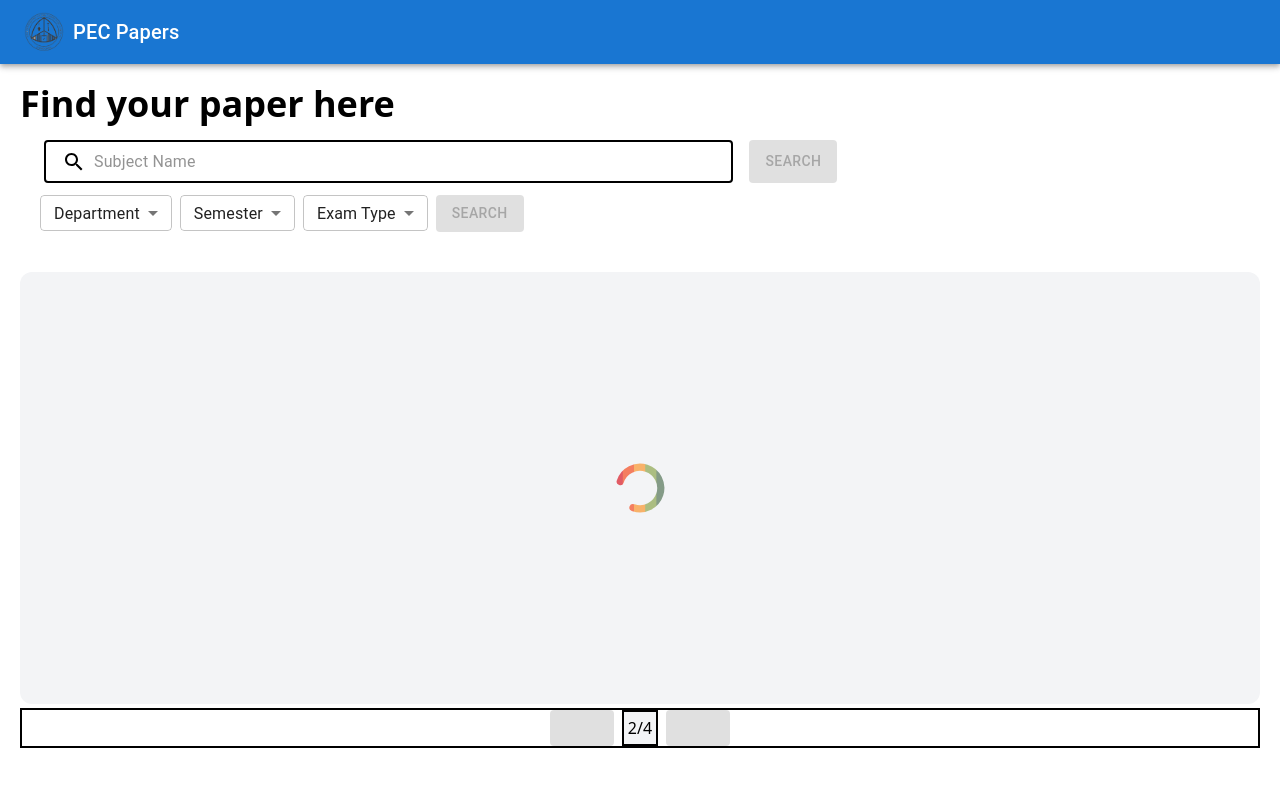
Repository: SUGAM-ARORA/pecpapers
Page: /browse (app in frontend/)
An editor plug-in stored every save of this project. The page is shown before and after the next save, followed by the edit.
The browser window is 1280 px wide. The pictures show the whole page.
The page's requests for data from a server got no answer. The project was rebuilt for these pictures with package versions that can differ from the ones it lists, and the page was loaded fresh each time. Some packages were replaced by stand-ins written for this rebuild. No one was signed in, and anything a server would have sent is missing. Also part of the build but not shown: frontend/vite.config.js, frontend/src/Components/AnimatedText.jsx, frontend/src/Components/Hero.jsx, frontend/src/Components/Footer.jsx, frontend/src/Components/Login.jsx, frontend/src/Components/PaperDisplay.jsx, frontend/src/Components/ProtectedRoute.jsx.

Above is the page before, as saved 2025-07-17 19:24:35.

### frontend/index.html
<!doctype html>
<html lang="en">
  <head>
    <meta charset="UTF-8" />
    <link rel="icon" type="image/svg+xml" href="/index.png" />
    <link rel="preconnect" href="https://fonts.googleapis.com" />
    <link rel="preconnect" href="https://fonts.gstatic.com" crossorigin />
    <link
      href="https://fonts.googleapis.com/css2?family=IBM+Plex+Serif:ital,wght@0,100;0,200;0,300;0,400;0,500;0,600;0,700;1,100;1,200;1,300;1,400;1,500;1,600;1,700&display=swap"
      rel="stylesheet"
    />
    <meta name="viewport" content="width=device-width, initial-scale=1.0" />
    <title>Pec Papers</title>

    <meta name="description" content="Download and Upload PEC previous year papers for all departments. Filter by subject, semester, and exam type. Get easy access to Punjab Engineering College exam archives.">
    <meta property="og:url" content="https://pecpapers-ufo6.vercel.app/">
    <meta property="og:title" content="Punjab Engineering College(PEC) Exam Papers Archive" />

    <meta name="google-adsense-account" content="ca-pub-1903859543209030">
  </head>
  <!-- Google tag (gtag.js) -->
  <script
    async
    src="https://www.googletagmanager.com/gtag/js?id=G-3FZX3TV10G"
  ></script>
  <script>
    window.dataLayer = window.dataLayer || [];
    function gtag() {
      dataLayer.push(arguments);
    }
    gtag("js", new Date());

    gtag("config", "G-3FZX3TV10G");
  </script>
  <body>
    <div id="root"></div>
    <script type="module" src="/src/main.jsx"></script>
  </body>
</html>

### frontend/src/main.jsx
import { StrictMode } from 'react'
import { createRoot } from 'react-dom/client'
import './index.css'
import App from './App.jsx'
import {createBrowserRouter, Navigate, RouterProvider, useNavigate} from 'react-router-dom'
import Login from './Components/Login.jsx'
import { ClerkProvider } from '@clerk/clerk-react'
import Browse from './Pages/Browse.jsx'
import Hero from './Components/Hero.jsx'
import { AppProvider } from './context/AppContext.jsx'
import ProtectedRoute from './Components/ProtectedRoute.jsx'

const router = createBrowserRouter([
  {
    path : '/',
    element : <App/>,
    children: [{
      path : '/browse',
      element: <Browse/>
    },
    {
      // path : '/',
      index:true,
      element : <Hero/>
    }
  ]
  },
  {
    path: '/login',
    element : <Login/>
  },
  {
    path: '/sso-callback',
    element: <Navigate to="/" replace />
  }
])

const PUBLISHABLE_KEY = import.meta.env.VITE_CLERK_PUBLISHABLE_KEY

if (!PUBLISHABLE_KEY) {
  throw new Error('Missing Publishable Key')
}

createRoot(document.getElementById('root')).render(
  <StrictMode>
    <AppProvider>
    <ClerkProvider publishableKey={PUBLISHABLE_KEY} frontendApt="https://sweeping-bobcat-34.clerk.accounts.dev" >
    <RouterProvider router={router}/>
    </ClerkProvider>
    </AppProvider>
  </StrictMode>,
)

### frontend/src/App.jsx
import React, { useEffect } from 'react'
import Navbar from './Components/Navbar'
import Hero from './Components/Hero'
import FormDialog from './Components/FormDialog';
import { Outlet, useNavigate } from 'react-router-dom';
import { useUser } from '@clerk/clerk-react';
import Footer from './Components/Footer';

const App = () => {

  // const {user,isLoaded,isSignedIn} = useUser()
  // const navigate = useNavigate();
  // console.log(user)

  // useEffect(()=>{
  //   if(isLoaded && !isSignedIn){
  //     navigate('/login')
  //   }
  // },[isLoaded,isSignedIn])

  return (

    <div className='flex flex-col'>
      <div>
        <Navbar />
      </div>
      <Outlet />
      <div className='flex flex-col items-center mt-5'>
        <FormDialog />
      </div>
      <div>
        {/* <Footer/> */}
      </div>
    </div>
  )
}

export default App

### frontend/src/Pages/Browse.jsx
import React, { useEffect, useState } from 'react'
import SearchIcon from '@mui/icons-material/Search';
import { styled, alpha } from '@mui/material/styles';
import InputBase from '@mui/material/InputBase';
import { Button, FormControl, Select, MenuItem } from '@mui/material';
import { departments, examType } from '../utils/constants';
import axios from 'axios';
import PaperDisplay from '../Components/PaperDisplay';
import { useUser } from '@clerk/clerk-react';
import {ColorRing} from 'react-loader-spinner'

const Search = styled('div')(({ theme }) => ({
  position: 'relative',
  borderRadius: theme.shape.borderRadius,
  backgroundColor: alpha(theme.palette.common.white, 0.15),
  '&:hover': {
    backgroundColor: alpha(theme.palette.common.white, 0.25),
  },
  marginRight: theme.spacing(2),
  marginLeft: 0,
  width: '100%',
  [theme.breakpoints.up('sm')]: {
    marginLeft: theme.spacing(3),
    width: 'auto',
  },
  border: 5,
  borderColor: 'black'
}));

const SearchIconWrapper = styled('div')(({ theme }) => ({
  padding: theme.spacing(0, 2),
  height: '100%',
  position: 'absolute',
  pointerEvents: 'none',
  display: 'flex',
  alignItems: 'center',
  justifyContent: 'center',
  border: 5,
  borderColor: 'black'
}));

const StyledInputBase = styled(InputBase)(({ theme }) => ({
  color: 'inherit',
  '& .MuiInputBase-input': {
    padding: theme.spacing(1, 1, 1, 0),
    // vertical padding + font size from searchIcon
    paddingLeft: `calc(1em + ${theme.spacing(4)})`,
    transition: theme.transitions.create('width'),
    width: '100%',
    [theme.breakpoints.up('md')]: {
      width: '70ch',
    },
    border: 5,
    borderColor: 'black'
  },
}));

const Browse = () => {

  const { isSignedIn } = useUser()
  const [loading, setLoading] = useState(false)

  const [searchValue, setSearchValue] = useState('');
  const semesters = [1, 2, 3, 4, 5, 6, 7, 8]
  const [department, setDepartment] = React.useState('')
  const [exam, setExam] = React.useState('')
  const [sem, setSem] = React.useState('')

  const [papersToDisplay, setPapersToDisplay] = useState(null);
  const [papersFetched, setPapersFetched] = useState(null);

  const BACKEND_URL = import.meta.env.VITE_BACKEND_URL

  const getAllPapers = async () => {
    setLoading(true)
    const response = await axios.get(`${BACKEND_URL}/getallpapers/`)
    setPapersFetched(response.data);
    // console.log(response.data)
    setLoading(false)
    return { data: response.data }
  }

  const getConnectionStatus = async ()=>{
    setLoading(true)
    const response = await axios.get(`${BACKEND_URL}/healthz/`)
    setLoading(false)
    console.log(response.data)
    return response.data;
  }

  const getFilteredPapers = async ()=>{
    try {
      setLoading(true)
      const response = await axios.get(`${BACKEND_URL}/papersOnFilterOrSearch?subjectName=${searchValue}&semester=${sem}&department=${department}&examType=${exam}`)
      console.log(response.data)
      setPapersFetched(response.data.data)
      setPapersToDisplay(response.data.data)
      setLoading(false)
    } catch (error) {
      setLoading(false)
      console.log(error)
    }
  }

  useEffect(() => {

    try {
      // if(isSignedIn){
      //   getAllPapers()
      // }
      // getAllPapers()
      getConnectionStatus()
    } catch (error) {
      console.log(error)
    }
  }, [BACKEND_URL, isSignedIn])

  const handleSearch = async () => {
    if (!papersFetched) {
      //api calling


    } else {
      // actions on papersfetched
      setLoading(true)
      const filter = papersFetched.filter(paper =>
        paper.subjectName.toLowerCase().includes(searchValue.toLowerCase()) ||
        paper.department.toLowerCase().includes(searchValue.toLowerCase()) ||
        paper.examType.toLowerCase().includes(searchValue.toLowerCase()) ||
        paper.semester.toLowerCase().includes(searchValue.toLowerCase())
      )
      setPapersToDisplay(filter)
      setLoading(false)
      // console.log(filter)
      return;
    }

  }

  const handleFilter = async () => {
    if (!papersFetched) {
      //api calling
    } else {
      // actions on papers fetched

      setLoading(true)
      const filter = papersFetched.filter(paper =>
        paper.department.toLowerCase().includes(department.toLowerCase()) &&
        paper.examType.toLowerCase().includes(exam.toLowerCase()) &&
        paper.semester.includes(sem)
      )
      setPapersToDisplay(filter)
      setLoading(false)
      // console.log(filter)
      return
    }
  }

  return (
    <div className='flex flex-col m-5'>
      <span className='text-4xl font-semibold'>Find your paper here</span>

      <div id='search' className='flex flex-row mt-4 '>
        <Search sx={{
          border: 2,
          borderColor: 'black',
        }}
        >
          <SearchIconWrapper>
            <SearchIcon />
          </SearchIconWrapper>
          <StyledInputBase
            placeholder="Subject Name"
            inputProps={{ 'aria-label': 'search' }}
            value={searchValue}
            onChange={(e) => setSearchValue(e.target.value)}
          />
        </Search>
        <Button variant='contained' onClick={getFilteredPapers} disabled={loading}>Search</Button>
      </div>

      <form id='filters' className=' mt-3 flex flex-row gap-2 ml-5' onSubmit={handleFilter}>
        <FormControl>
          <Select
            labelId="department"
            aria-placeholder='Department'
            id="department"
            value={department}
            onChange={(e) => setDepartment(e.target.value)}
            sx={{
              width: 'vh',
              height: '5vh',
              overflow: 'scroll'
            }}
            placeholder='Department'
            displayEmpty
          >
            <MenuItem value="" disabled>
              Department
            </MenuItem>
            {departments.map((department) => <MenuItem value={department.dept}>{department.dept}</MenuItem>)}
          </Select>
        </FormControl>

        <FormControl>
          <Select
            labelId="semester"
            aria-placeholder='Semester'
            id="semester"
            value={sem}
            onChange={(e) => setSem(e.target.value)}
            sx={{
              width: 'vh',
              height: '5vh',
              overflow: 'scroll'
            }}
            placeholder='Semester'
            displayEmpty
          >
            <MenuItem value="" disabled>
              Semester
            </MenuItem>
            {semesters.map((semester) => <MenuItem value={semester}>{semester}</MenuItem>)}
          </Select>

        </FormControl>

        <FormControl>
          <Select
            labelId="examType"
            aria-placeholder='Exam-Type'
            id="examType"
            value={exam}
            onChange={(e) => setExam(e.target.value)}
            sx={{
              width: 'vh',
              height: '5vh',
              overflow: 'scroll'
            }}
            placeholder='Exam Type'
            displayEmpty
          >
            <MenuItem value="" disabled>
              Exam Type
            </MenuItem>
            {examType.map((exam,index) => <MenuItem value={exam.type} key={index}>{exam.type}</MenuItem>)}
          </Select>
        </FormControl>

        <Button variant='contained' onClick={getFilteredPapers} disabled={loading}>Search</Button>
      </form>


      <div className='mt-10 rounded-xl p-2 bg-gray-100 h-[60vh] overflow-scroll'>
        {loading ?  <div className='h-full flex flex-col justify-center items-center'>
          <ColorRing
          visible={true}
          width="100"
          colors={['#e15b64', '#f47e60', '#f8b26a', '#abbd81', '#849b87']}
          ariaLabel="infinity-spin-loading"/>
        </div> : <></>}
        <div className={`${loading ? 'hidden' : ''}`}>
          {papersToDisplay ? <div className='flex flex-col gap-2'>
            {papersToDisplay.map((paper) => <PaperDisplay paper={paper} key={paper.id} />)}
          </div> : <span className='text-gray-400 text-5xl'>Papers displayed here</span>}
        </div>

      </div>
      <div className='border-2 border-black w-full mt-1 flex items-center justify-center'>
        <div className='flex flex-row gap-2'>
          <Button variant='contained' onClick={getFilteredPapers} disabled={loading}></Button>
          <span className='border-2 border-black bg-gray-100 p-1'>2/4</span>
           <Button variant='contained' onClick={getFilteredPapers} disabled={loading}></Button>
        </div>
      </div>
    </div>
  )
}

export default Browse

### frontend/src/context/AppContext.jsx
import { createContext, useState } from "react";

export const AppContext = createContext();

export const AppProvider = ({ children }) => {
  const [open, setOpen] = useState(false); // Example: global user state

  return (
    <AppContext.Provider value={{ open, setOpen }}>
      {children}
    </AppContext.Provider>
  );
};

### frontend/src/Components/Navbar.jsx
import * as React from 'react';
import AppBar from '@mui/material/AppBar';
import Box from '@mui/material/Box';
import Toolbar from '@mui/material/Toolbar';
import IconButton from '@mui/material/IconButton';
import Typography from '@mui/material/Typography';
import InputBase from '@mui/material/InputBase';
import Badge from '@mui/material/Badge';
import MenuItem from '@mui/material/MenuItem';
import Menu from '@mui/material/Menu';
import AccountCircle from '@mui/icons-material/AccountCircle';
import MailIcon from '@mui/icons-material/Mail';
import NotificationsIcon from '@mui/icons-material/Notifications';
import MoreIcon from '@mui/icons-material/MoreVert';
import logo from '../assets/image.png'
import { UserButton } from '@clerk/clerk-react';
import { useNavigate } from 'react-router-dom';


export default function Navbar() {
  // const [anchorEl, setAnchorEl] = React.useState(null)
  // const [mobileMoreAnchorEl, setMobileMoreAnchorEl] = React.useState(null)
  const navigate = useNavigate();


  const handleHomepageNavigation = async ()=>{
    navigate('/')
  }


  return (
    <Box sx={{ flexGrow: 1 }}>
      <AppBar position="static">
        <Toolbar>
          <img src={logo} alt='pec logo' className='h-10 w-10' onClick={handleHomepageNavigation}/>
          <Typography
            variant="h6"
            noWrap
            component="div"
            sx={{ display: { xs: 'none', sm: 'block',marginLeft:'9px' } }}
            onClick={handleHomepageNavigation}
          >
            PEC Papers
          </Typography>

          <Box sx={{ flexGrow: 1 }} />
          <Box sx={{ display: { xs: 'none', md: 'flex' } }}>

            <UserButton/>
          </Box>
          <Box sx={{ display: { xs: 'flex', md: 'none' } }}>

             <UserButton/>

          </Box>
        </Toolbar>
      </AppBar>

    </Box>
  );
}

### frontend/src/Components/FormDialog.jsx
import * as React from 'react';
import Button from '@mui/material/Button';
import TextField from '@mui/material/TextField';
import Dialog from '@mui/material/Dialog';
import DialogActions from '@mui/material/DialogActions';
import { FormControl, Typography, InputLabel, Select, MenuItem } from '@mui/material';
import { departments, examType } from '../utils/constants';
import axios from 'axios'
import { InfinitySpin } from 'react-loader-spinner'
import { AppContext } from '../context/AppContext';
import Toast from './Toast';

export default function FormDialog() {
  const { open, setOpen } = React.useContext(AppContext)
  const [loading, setLoading] = React.useState(false)
  const [files, setFiles] = React.useState('')

  const semesters = [1, 2, 3, 4, 5, 6, 7, 8]

  const [department, setDepartment] = React.useState('')
  const [exam, setExam] = React.useState('')
  const [sem, setSem] = React.useState('')

  const CLOUDINARY_URL = import.meta.env.VITE_APP_CLOUDINARY_URL
  const UPLOAD_PRESET = import.meta.env.VITE_APP_UPLOAD_PRESET
  const CLOUD_NAME = import.meta.env.VITE_APP_CLOUD_NAME
  const BACKEND_URL = import.meta.env.VITE_BACKEND_URL

  const [opentoast, setOpenToast] = React.useState(false)

  const handleFileChange = (e) => {
    const filename = e.target.files;
    if (filename) {
      setFiles(filename)
    }
  }

  const uploadImages = async (files) => {
    const uploadPromises = Array.from(files).map(file => {
      const formData = new FormData();
      formData.append("file", file);
      formData.append("upload_preset", UPLOAD_PRESET);
      formData.append("cloud_name", CLOUD_NAME);
      return axios.post(CLOUDINARY_URL, formData);
    });

    try {
      const responses = await Promise.all(uploadPromises);
      const urlList = responses.map(res => res.data.secure_url);
      console.log(urlList.length + " images uploaded");
      return urlList;
    }
    catch (error) {
      console.error("Cloudinary image uploads failed:", error);
      throw error;
    }
  };

  const uploadPaperDetails = async(e, urlList) => {
    try {
      const paperDetails = {
        department: e.target[0].value,
        cloudUrl: urlList,
        examType: e.target[2].value,
        semester: e.target[4].value,
        subjectName: e.target[6].value,
        comments: e.target[9].value
      }

      const dataRes = await axios.post(`${BACKEND_URL}/upload-paper/`, { data: paperDetails })
      console.log("Paper details uploaded successfully");
    }
    catch (error) {
      console.error("Paper details upload failed", error);
    }
  }

  const handleSubmit = async (e) => {
    e.preventDefault();
    setLoading(true)

    const urlList = await uploadImages(files);
    await uploadPaperDetails(e, urlList);

    e.target.reset()
    setDepartment('')
    setExam('')
    setSem('')
    setLoading(false)
    setOpen(false)
    setOpenToast(true)
  }

  const handleClose = () => {
    setOpen(false);
  };

  const handleUpload = async () => {

  }

  return (
    <>
      <Dialog
        open={open}
        onClose={handleClose}
      >
        <form className='flex flex-col gap-5 m-5 ' onSubmit={handleSubmit}>
          <FormControl>
            <Typography fontSize={25} >Upload a Paper</Typography>
            <div >
              <Typography>Department</Typography>
              <Select
                required="true"
                labelId="department"
                aria-placeholder='Department'
                id="department"
                value={department}
                onChange={(e) => setDepartment(e.target.value)}
                sx={{
                  width: '50vh',
                  height: '5vh',
                  overflow: 'scroll'
                }}
              >
                {departments.map((department) => <MenuItem value={department.dept}>{department.dept}</MenuItem>)}
              </Select>
            </div>
          </FormControl>

          <FormControl>
            <div>
              <Typography>Exam Type</Typography>
              <Select
                required="true"
                labelId="Exam-type"
                aria-placeholder='Exam Type'
                id="exam-type"
                sx={{
                  width: '50vh',
                  height: '5vh',
                  overflow: 'scroll'
                }}
                value={exam}
                onChange={(e) => setExam(e.target.value)}
              >
                {examType.map((type) => <MenuItem value={type.type}>{type.type}</MenuItem>)}
              </Select>
            </div>
          </FormControl>

          <FormControl>
            <div>
              <Typography>Semester</Typography>
              <Select
                required="true"
                labelId="Semester"
                aria-placeholder='Semester'
                id="exam-type"
                sx={{
                  width: '50vh',
                  height: '5vh',
                  overflow: 'scroll'
                }}
                value={sem}
                onChange={(e) => setSem(e.target.value)}
              >
                {semesters.map((sem) => <MenuItem value={sem}>{sem}</MenuItem>)}
              </Select>
            </div>
          </FormControl>

          <FormControl>
            <div>
              <Typography>Subject Name</Typography>
              <TextField
                sx={{ width: '50vh', height: '5vh' }}
                required="true"
              >
              </TextField>
            </div>
          </FormControl>

          <FormControl>
            <div>
              <Typography>Upload Paper <span className='text-xs'>(only img format e.g. jpg,png,jpeg etc.)</span></Typography>
              <input
                accept='image/*'
                id='upload-image'
                type='file'
                multiple='true'
                onChange={handleFileChange}
                required="true"
              />
            </div>
          </FormControl>
          <FormControl>
            <div>
              <Typography>Review or Comments</Typography>
              <TextField sx={{
                width: '50vh',
                height: '5vh'
              }}></TextField>
            </div>
          </FormControl>
          {loading && <InfinitySpin
            visible={true}
            width="100"
            color="#4fa94d"
            ariaLabel="infinity-spin-loading" />}

          <DialogActions>
            <Button onClick={handleClose}>Cancel</Button>
            <Button type="submit" variant='contained' onClick={handleUpload}>Upload</Button>
          </DialogActions>
        </form>
      </Dialog>
      <Toast opentoast={opentoast} setOpenToast={setOpenToast} message="Paper Upload" />
    </>
  );
}

### frontend/src/utils/constants.js
export const departments = [
    // ece:
    {
        'dept' : 'ECE'
    },
    // cse:
    {
        'dept' : 'CSE'
    },
    // ee:
    {
        'dept': 'EE'
    },
    // ds:
    {
        'dept' : 'CSE-DS'
    },
    // ai:
    {
        'dept' : 'CSE-AI'
    },
    // mech:
    {
        'dept' : 'MECH'
    },
    // civil:
    {
        'dept' : 'CIVIL'
    },
    // aero:
    {
        'dept': 'AERO'
    },
    // meta:
    {
        'dept' : 'META'
    },
    // prod:
    {
        'dept' : 'PROD'
    },
    // hsm:
    {
        'dept' : 'HSM'
    },
    // physics:
    {
        'dept' : 'PHYSICS'
    },
    // maths:
    {
        'dept' : "MATHS"
    },
    // chem:
    {
        'dept' : 'CHEMISTRY'
    },
    // bdes:
    {
        'dept' : 'B-DES'
    }
]

export const examType = [
    {
        'type' : 'MID-SEM'
    },
    {
        'type' : 'END-SEM'
    }
]

### frontend/src/Components/Toast.jsx
import * as React from 'react';
import Button from '@mui/material/Button';
import Snackbar from '@mui/material/Snackbar';
import IconButton from '@mui/material/IconButton';
import CloseIcon from '@mui/icons-material/Close';

export default function Toast({message,openToast,setOpenToast}) {
//   const [open, setOpen] = React.useState(false);



  const handleClose = (
    event,
    reason,
  ) => {
    if (reason === 'clickaway') {
      return;
    }

    setOpenToast(false);
  };

  const action = (
    <React.Fragment>
      <IconButton
        size="small"
        aria-label="close"
        color="inherit"
        onClick={handleClose}
      >
        <CloseIcon fontSize="small" />
      </IconButton>
    </React.Fragment>
  );

  return (
    <div>

      <Snackbar
        open={openToast}
        autoHideDuration={6000}
        onClose={handleClose}
        message={message}
        action={action}
      />
    </div>
  );
}

Loaded but not shown: frontend/src/index.css (common file); frontend/tailwind.config.js (common file)

After the next save:
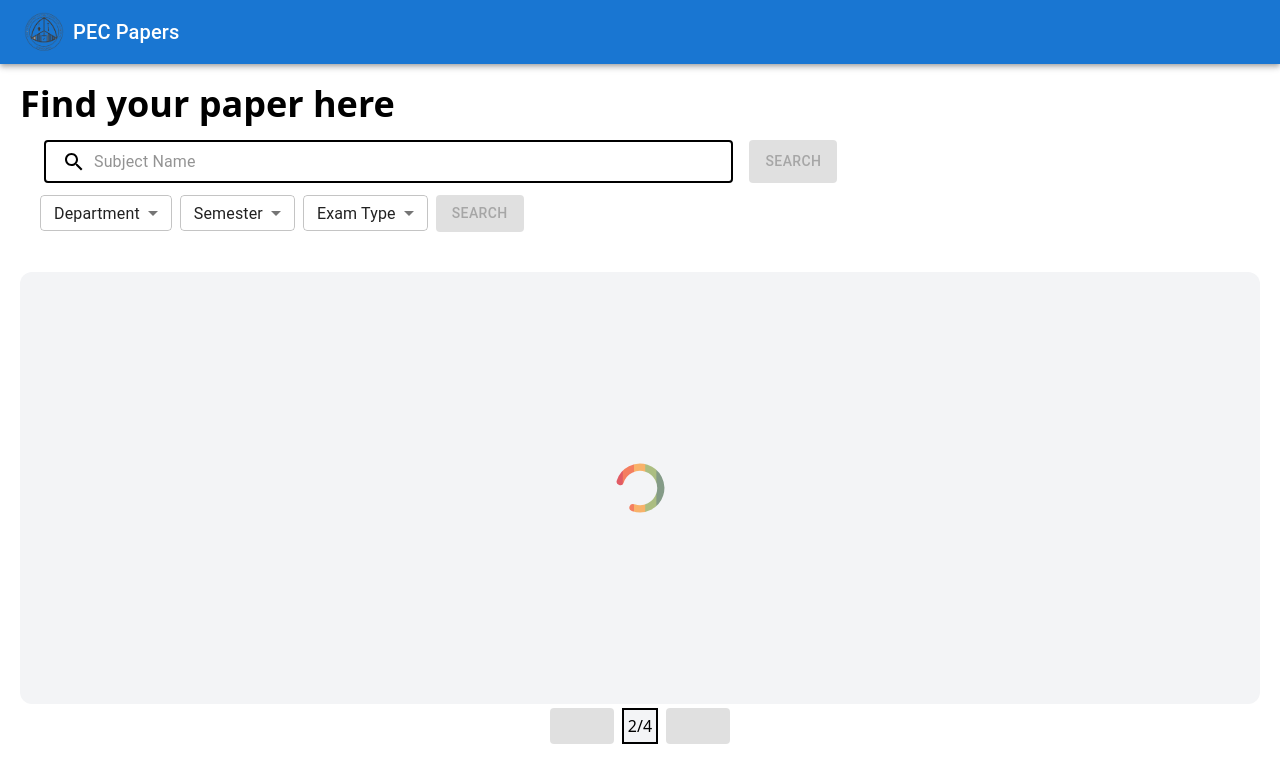
Saved 8 s later.
--- a/frontend/src/Pages/Browse.jsx
+++ b/frontend/src/Pages/Browse.jsx
@@ -266,7 +266,7 @@ const Browse = () => {
         </div>
 
       </div>
-      <div className='border-2 border-black w-full mt-1 flex items-center justify-center'>
+      <div className=' w-full mt-1 flex items-center justify-center'>
         <div className='flex flex-row gap-2'>
           <Button variant='contained' onClick={getFilteredPapers} disabled={loading}></Button>
           <span className='border-2 border-black bg-gray-100 p-1'>2/4</span>
